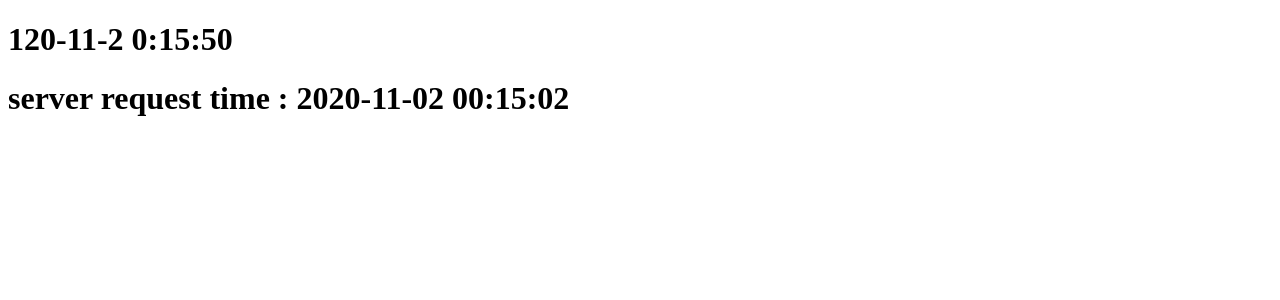
Repository: jjungee/DDIT-JSP
Page: http://localhost/JSP_JSTL/fmt/dateFormat.jsp
An editor plug-in stored every save of this project. The page is shown before and after the next save, followed by the edit.
The browser window is 1280 px wide. The pictures show the whole page.
The page is served by Tomcat 9.

Above is the page before, as saved 2020-11-04 02:40:58.

After the next save:
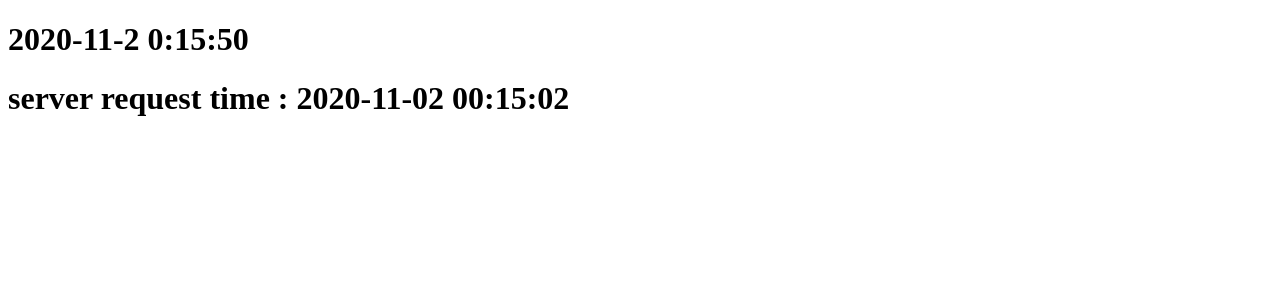
Saved 20 s later.
--- a/JSP_JSTL/WebContent/fmt/dateFormat.jsp
+++ b/JSP_JSTL/WebContent/fmt/dateFormat.jsp
@@ -22,7 +22,7 @@
 		<script type="text/javascript">
 			var time = setInterval(function(){
 				var today=new Date();
-				var todayStr = today.getYear()+"-"+(today.getMonth()+1)+"-"+today.getDate() + " "
+				var todayStr = today.getFullYear()+"-"+(today.getMonth()+1)+"-"+today.getDate() + " "
 				+ today.getHours() + ":" + today.getMinutes() + ":" + today.getSeconds();
 
 				document.getElementById("time").innerHTML=todayStr;
